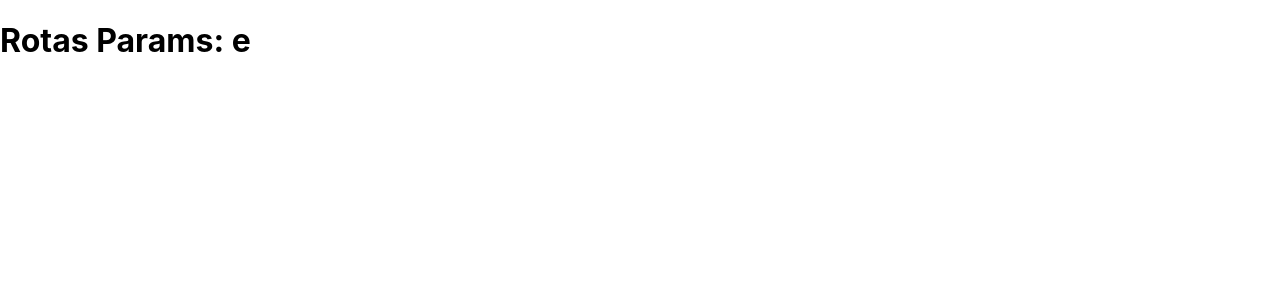
Repository: Mira757/Next-Basico
Page: /rotas/params
An editor plug-in stored every save of this project. The page is shown before and after the next save, followed by the edit.
The browser window is 1280 px wide. The pictures show the whole page.
The project was rebuilt for these pictures with package versions that can differ from the ones it lists, and the page was loaded fresh each time. The framework's server and built-in components were replaced by stand-ins that run in the browser. Also part of the build but not shown: next.config.js.

Above is the page before, as saved 2022-03-15 14:38:07.

After the next save:
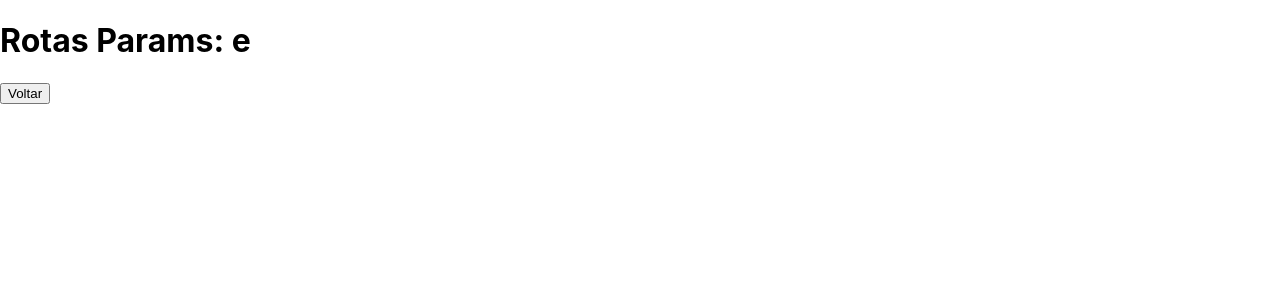
Saved 84 s later.
--- a/src/pages/rotas/params.jsx
+++ b/src/pages/rotas/params.jsx
@@ -1,4 +1,5 @@
 import { useRouter } from 'next/router'
+import Link from 'next/link'
 
 export default function params() {
   const router = useRouter()
@@ -9,6 +10,9 @@ export default function params() {
   return (
     <div>
       <h1>Rotas Params: {id} e {nome}</h1>
+      <Link href="/rotas">
+        <button>Voltar</button>
+      </Link>
     </div>
   )
 }
